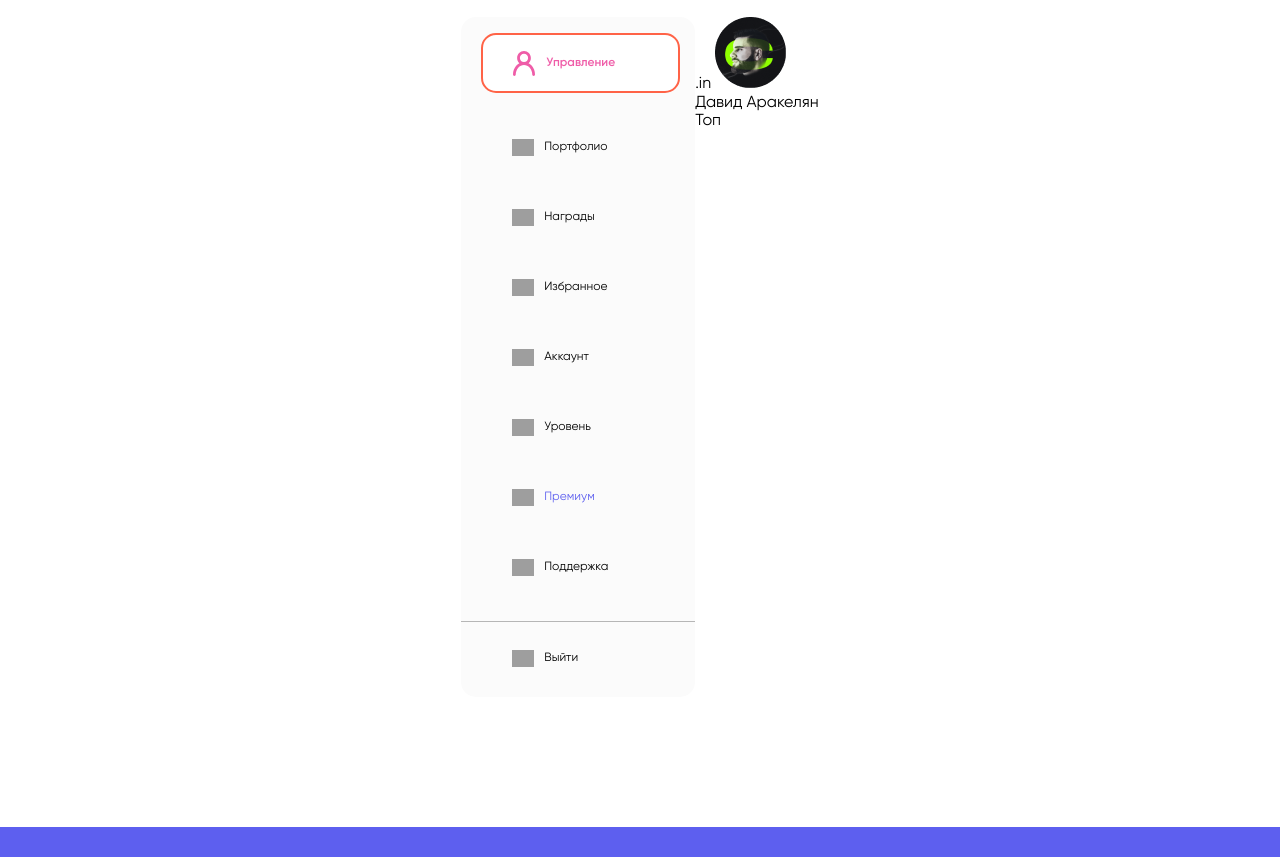
Repository: alexboagreek/selfmade
Page: index.html
These files come from the project's save history. The page is drawn as it stood at one moment and after the next save; the edit follows.
The browser window is 1280 px wide. The pictures show the part of the page from y = 353 to 1210 px (the page is 1719 px tall).
Pictures or frames that could not be fetched are drawn as grey boxes. A picture or video elsewhere on the page could not be fetched, so the positions and the page height are approximate.

Above is the page before, as saved 2022-12-13 12:13:25.

After the next save:
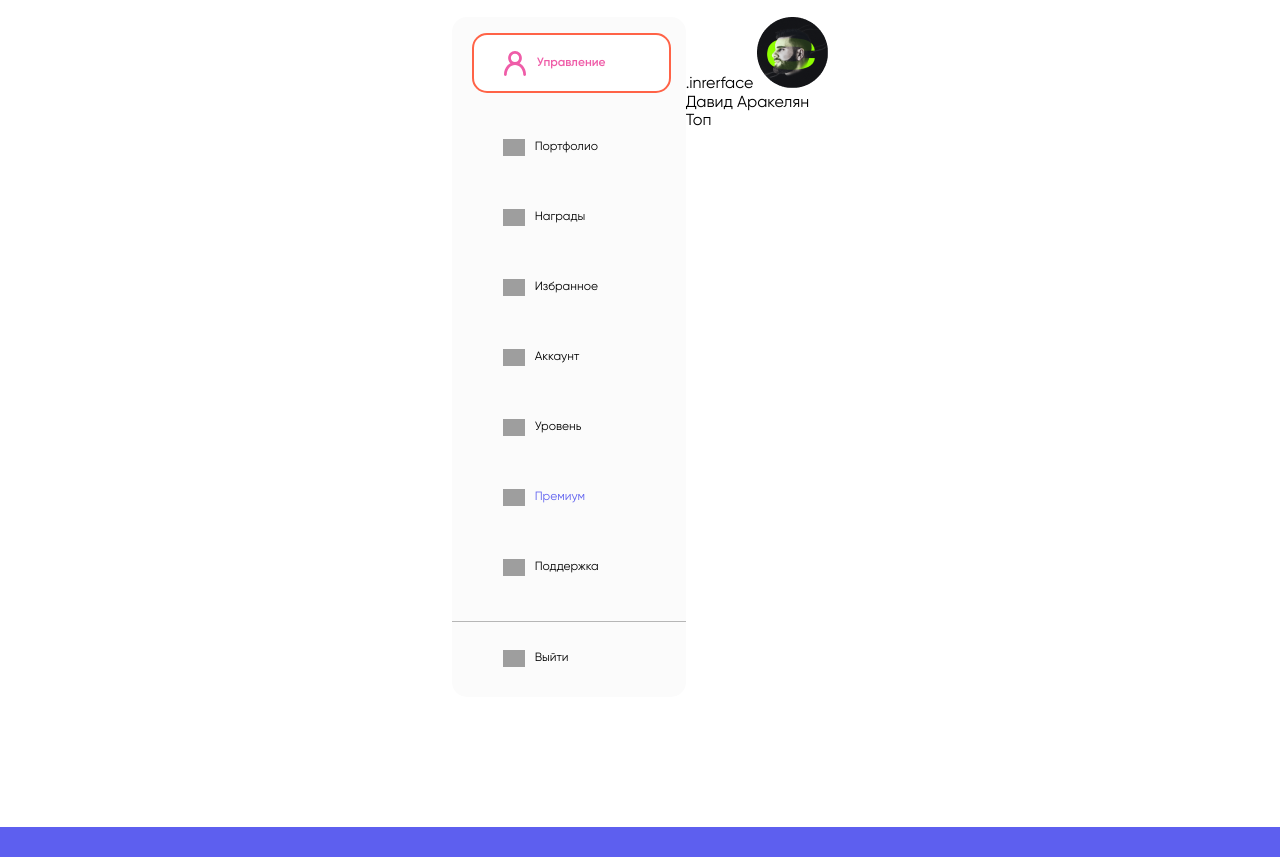
Saved 5 s later.
--- a/index.html
+++ b/index.html
@@ -68,7 +68,7 @@
             <section class="interface">
                 <div class="interface__box">
 
-                    .in
+                    .inrerface
                     <img src="assets/img/interface.png" alt="Логотип интерфейса юзера | user interface logo" class="interface__img">
                     <p class="interface__text">Давид Аракелян</p>
                     <div class="interface__rating">Топ</div>
